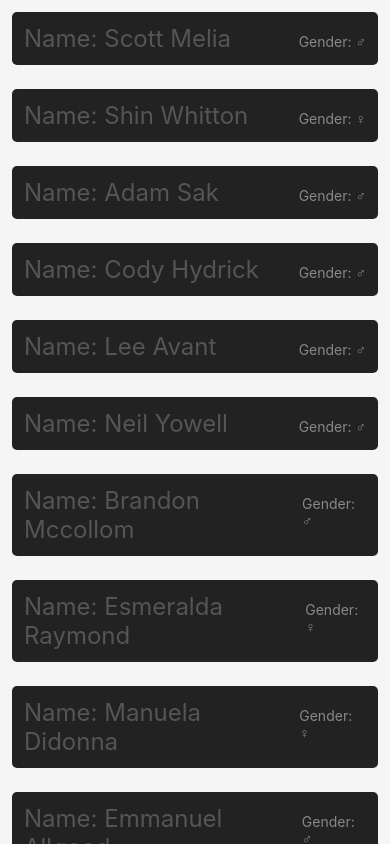
Repository: kfrancois/Bachelorproef-Apps
Screen: / (app in React Native/ListApp/.vscode/)
These files come from the project's save history. The screen is drawn as it stood at one moment and after a run of saves; the edit follows.
An inner scrolling area shows only its first screen. The app was drawn by React Native's web renderer in a window 390 px wide. The project was rebuilt for these pictures with package versions that can differ from the ones it lists, and the page was loaded fresh each time.

Above is the screen before, as saved 2018-04-23 15:15:30.

### React Native/ListApp/.vscode/App.js
import React, { Component } from 'react';
import MyListView from './src/listView';

// type Props = {};
export default class App extends Component {
  render() {
    return <MyListView />;
  }
}

### React Native/ListApp/.vscode/src/listView.js
import React, { Component } from 'react';
import { View, FlatList, Text, SafeAreaView, StyleSheet } from 'react-native';
import items from './items';
import Row from './row';

export default class MyListView extends Component {
  render() {
    return (
      <SafeAreaView style={{ flex: 1, backgroundColor: 'whitesmoke' }}>
        <FlatList
          style={styles.idk}
          contentContainerStyle={styles.container}
          data={items}
          renderItem={data => {
            return <Row item={data.item} />;
          }}
        />
      </SafeAreaView>
    );
  }
}

const styles = StyleSheet.create({
  idk: {
    flex: 1,
    backgroundColor: 'whitesmoke'
  },
  container: {
    flexGrow: 1,
    justifyContent: 'space-between'
  },
  item: {
    margin: 10,
    padding: 10,
    fontSize: 14,
    height: 44,
    backgroundColor: '#222',
    borderRadius: 5
  }
});

### React Native/ListApp/.vscode/src/items.js
const items = [
  { key: '0', name: 'Scott Melia', gender: '♂' },
  { key: '1', name: 'Shin Whitton', gender: '♀' },
  { key: '2', name: 'Adam Sak', gender: '♂' },
  { key: '3', name: 'Cody Hydrick', gender: '♂' },
  { key: '4', name: 'Lee Avant', gender: '♂' },
  { key: '5', name: 'Neil Yowell', gender: '♂' },
  { key: '6', name: 'Brandon Mccollom', gender: '♂' },
  { key: '7', name: 'Esmeralda Raymond', gender: '♀' },
  { key: '8', name: 'Manuela Didonna', gender: '♀' },
  { key: '9', name: 'Emmanuel Allgood', gender: '♂' },
  { key: '10', name: 'Kirby Constable', gender: '♂' },
  { key: '11', name: 'Toney Degree', gender: '♂' },
  { key: '12', name: 'Aletha Correa', gender: '♀' },
  { key: '13', name: 'Flo Shay', gender: '♀' },
  { key: '14', name: 'Gilbert Salser', gender: '♂' },
  { key: '15', name: 'Erminia Gorka', gender: '♀' },
  { key: '16', name: 'Maura Stoudt', gender: '♀' },
  { key: '17', name: 'Mireya Scheerer', gender: '♀' },
  { key: '18', name: 'Arnoldo Billick', gender: '♂' },
  { key: '19', name: 'Jed Todaro', gender: '♂' },
  { key: '20', name: 'Lucien Mucci', gender: '♂' },
  { key: '21', name: 'Emily Mayhan', gender: '♀' },
  { key: '22', name: 'Brock Renshaw', gender: '♂' },
  { key: '23', name: 'Hui Gunnells', gender: '♀' },
  { key: '24', name: 'Clifford Mendell', gender: '♂' },
  { key: '25', name: 'Kenton Sander', gender: '♂' },
  { key: '26', name: 'Edmundo Wainwright', gender: '♂' },
  { key: '27', name: 'Emilio Kirtley', gender: '♂' },
  { key: '28', name: 'Boris Pelchat', gender: '♂' },
  { key: '29', name: 'Elli Palmisano', gender: '♀' },
  { key: '30', name: 'Lonna Vanorden', gender: '♀' },
  { key: '31', name: 'Emelia Wax', gender: '♀' },
  { key: '32', name: 'Akilah Medeiros', gender: '♀' },
  { key: '33', name: 'Burt Bonebrake', gender: '♂' },
  { key: '34', name: 'Darcy Mccullum', gender: '♀' },
  { key: '35', name: 'Janae Pabst', gender: '♀' },
  { key: '36', name: 'Coleman Rispoli', gender: '♂' },
  { key: '37', name: 'Cassidy Lanctot', gender: '♀' },
  { key: '38', name: 'Brunilda Comeaux', gender: '♀' },
  { key: '39', name: 'Jaymie Poteet', gender: '♀' },
  { key: '40', name: 'Coleen Sudderth', gender: '♀' }
];

export default items;

### React Native/ListApp/.vscode/src/row.js
import React from 'react';
import { View, Text, StyleSheet } from 'react-native';

const styles = StyleSheet.create({
  container: {
      margin: 12,
    padding: 12,
    flexDirection: 'row',
    justifyContent: 'space-between',
    alignItems: 'baseline',
    alignSelf: 'stretch',
    backgroundColor: '#222',
    borderRadius: 5
  },
  rowHeading: {
    fontSize: 24,
    color: '#555'
  },
  rowText: {
    fontSize: 14,
    color: '#888'
  }
});

const Row = props => {
  const item = props.item;
  const { name, gender } = item;
  return (
    <View style={styles.container}>
      <Text style={styles.rowHeading}>Name: {name}</Text>
      <Text style={styles.rowText}>Gender: {gender}</Text>
    </View>
  );
};

export default Row;

After the next 3 saves:
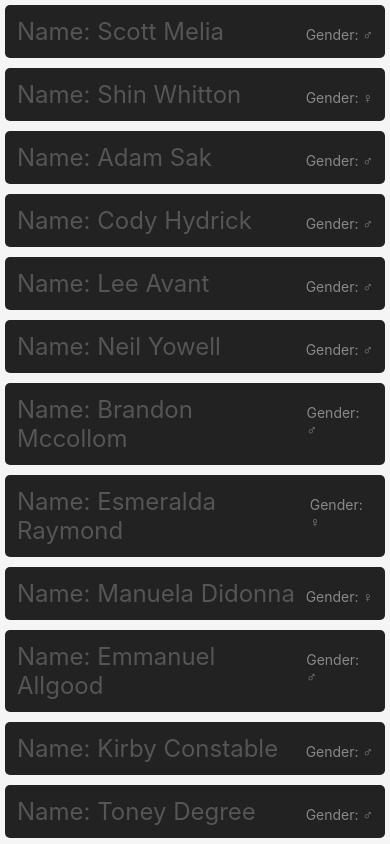
The 3 saves are shown as one change because they came seconds apart.
The last was saved 10 s later.
--- a/React Native/ListApp/.vscode/src/row.js
+++ b/React Native/ListApp/.vscode/src/row.js
@@ -3,7 +3,7 @@ import { View, Text, StyleSheet } from 'react-native';
 
 const styles = StyleSheet.create({
   container: {
-      margin: 12,
+    margin: 5,
     padding: 12,
     flexDirection: 'row',
     justifyContent: 'space-between',
